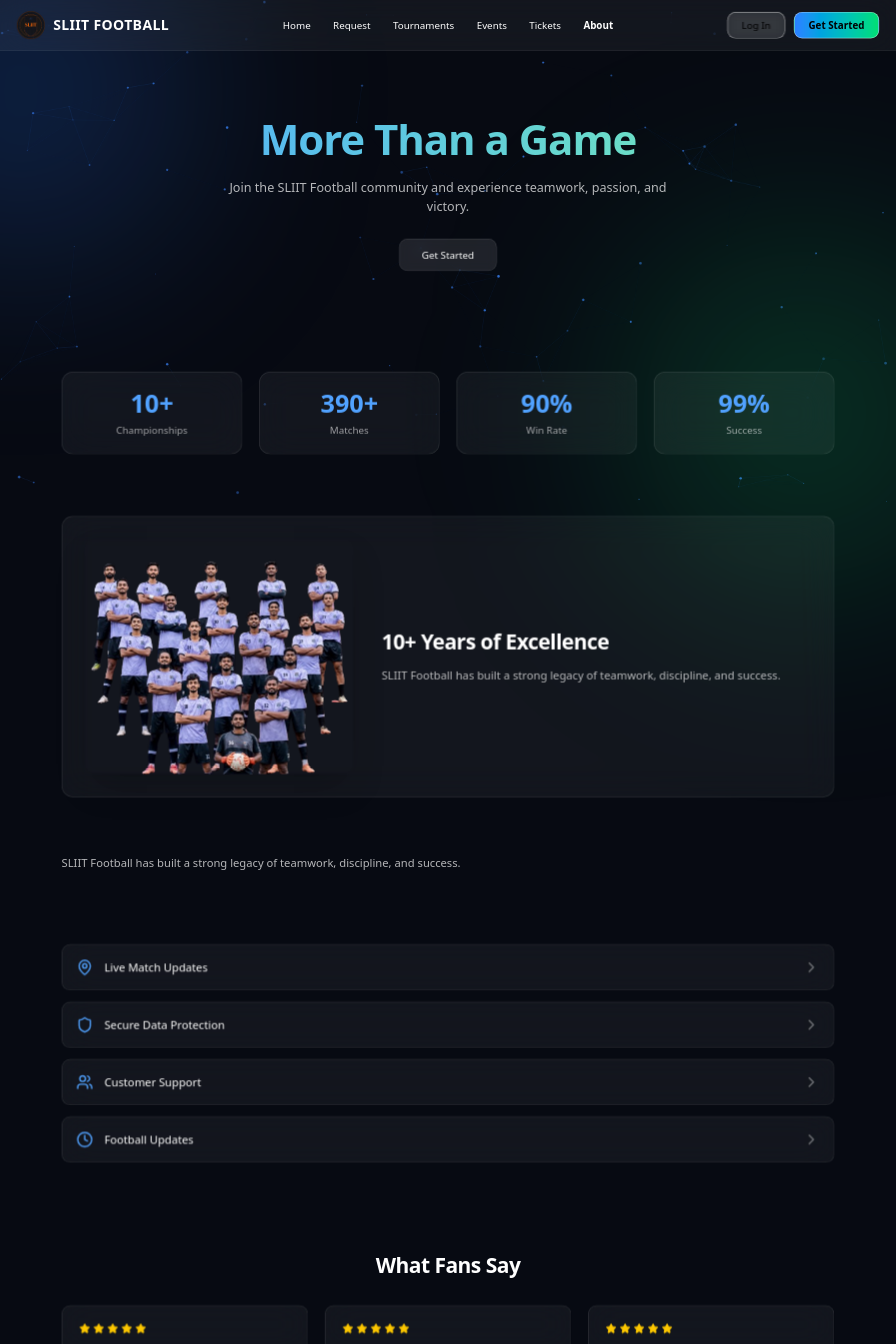
Repository: azeez6789/springboot-footbal-web
Page: /home (app in client/)
An editor plug-in stored every save of this project. The page is shown before and after the next save, followed by the edit.
The browser window is 1280 px wide. The pictures show the part of the page from y = 0 to 1920 px (the page is 2891 px tall), at 70% of full size.
The project was rebuilt for these pictures with package versions that can differ from the ones it lists, and the page was loaded fresh each time. Also part of the build but not shown: client/vite.config.js, client/src/common/services/userService.js, client/src/common/component/login.jsx, client/src/common/component/register.jsx, client/src/common/component/About.jsx, client/src/common/pages/event.jsx, client/src/common/pages/ticket.jsx, client/src/common/pages/playerForm.jsx and 19 more.

Above is the page before, as saved 2026-09-30 13:28:50.

### client/index.html
<!doctype html>
<html lang="en">
  <head>
    <meta charset="UTF-8" />
    <link rel="icon" type="image/svg+xml" href="/favicon.svg" />
    <meta name="viewport" content="width=device-width, initial-scale=1.0" />
    <title>SLIIT FOOTBALL  </title>
  </head>
  <body>
    <div id="root"></div>
    <script type="module" src="/src/main.jsx"></script>
  </body>
</html>

### client/src/main.jsx
import { StrictMode } from 'react'
import { createRoot } from 'react-dom/client'
import './index.css'
import App from './App.jsx'

createRoot(document.getElementById('root')).render(
  <StrictMode>
    <App />
  </StrictMode>
)

### client/src/App.jsx
import { BrowserRouter as Router, Routes, Route } from "react-router-dom";
import allRoutes from "./routes";
import { ToastContainer } from "react-toastify";
import "react-toastify/dist/ReactToastify.css";
import CRoutes from "./routes/commonroutes.jsx";


function App() {
  return (

    <Router>
      <Routes>
        {allRoutes.map((route, index) => (
          <Route key={index} path={route.path} element={route.element} />
        ))}
      </Routes>

      <ToastContainer
        position="top-right"
        autoClose={3000}
        hideProgressBar={false}
        newestOnTop={false}
        closeOnClick
        rtl={false}
        pauseOnFocusLoss
        draggable
        pauseOnHover
        theme="dark"
      />

    </Router>
  );
}

export default App;

### client/src/routes/index.jsx
import CRoutes from './commonroutes'
import fun01Routes from './function_01'

const allRoutes = [
    ...CRoutes,
    ...fun01Routes
]


export default allRoutes;

### client/src/routes/commonroutes.jsx
import Homepage from "../common/pages/home";
import Login  from "../common/component/login";
import Register from "../common/component/register";
import About from "../common/component/About";
import EventPage from "../common/pages/event";
import TicketPage from "../common/pages/ticket";
import PlayerForm from "../common/pages/playerForm";

const commonroutes = [
    {path: "/home", element: <Homepage /> },
    {path: "/component/login" ,  element: <Login/>  },
    {path: "/component/register" ,  element: <Register/>  },
    {path: "/component/about" ,  element: <About/>  },
    {path: "/pages/event" ,  element: <EventPage/>  },
    {path: "/pages/ticket" ,  element: <TicketPage/>  },
    {path: "/pages/playerform" , element: <PlayerForm/>  },

];


export default commonroutes;

### client/src/routes/function_01.jsx
import Regrequest from "../function-01/pages/AdminDashboard/registerrequest";
import AdminDah from "../function-01/pages/AdminDashboard/AdminDashboard";
import PlayerRequest from "../function-01/pages/AdminDashboard/PlayerRequests";
import Tform from "../function-01/component/AdminDashboard/tournamentform";
import TournamentPage from "../function-01/pages/AdminDashboard/tournament";
import Udash from "../function-01/pages/userDashboard/udash"
import Applyform from "../function-01/component/userDashboard/tApplyform";
import UserDash from "../function-01/pages/userDashboard/UserDashboard";
import Medical from "../function-01/pages/userDashboard/medical";
import Tab3 from "../function-01/pages/userDashboard/tab3";
import Tab4  from "../function-01/pages/userDashboard/tab4";
import Tab5 from "../function-01/pages/userDashboard/tab5";
import Faid from "../function-01/pages/AdminDashboard/firstaid";


const function_01 = [

    {path: "/pages/Regrequest" ,  element: <Regrequest/>  },
    {path: "/" ,  element: <AdminDah/>  },
    {path : "/pages/playerRequest" , element : <PlayerRequest/>},
    {path : "/component/tounform" , element : <Tform/>},
    {path: "/pages/tournament" ,  element: <TournamentPage/>  },
    {path: "/pages/udash" ,  element: <Udash/>  },
    {path : "/pages/applyform"  , element : <Applyform/>},
    {path : "/pages/userDash"  , element : <UserDash/>},
    {path : "/pages/medical"  , element : <Medical/>},
    {path : "/pages/tab3"  , element : <Tab3/>},
    {path : "/pages/tab4"  , element : <Tab4/>},
    {path : "/pages/tab5"  , element : <Tab5/>},
    {path : "/pages/firstaid" , element : <Faid/>},



];


export default function_01;

### client/src/common/pages/home.jsx
import { useState, useEffect, useRef } from 'react';
import { Car, MapPin, Clock, Shield, Users, ChevronRight, ChevronDown, Star, Menu, X } from 'lucide-react';
import Logo from '../assets/opt3.png';
import { useNavigate } from 'react-router-dom';

// Interactive Particle Constellation Canvas Component
const StarryBackground = () => {
  const canvasRef = useRef(null);

  useEffect(() => {
    const canvas = canvasRef.current;
    if (!canvas) return;
    const ctx = canvas.getContext("2d");

    let animationFrameId;
    let width = (canvas.width = window.innerWidth);
    let height = (canvas.height = window.innerHeight);

    const handleResize = () => {
      width = canvas.width = window.innerWidth;
      height = canvas.height = window.innerHeight;
    };

    window.addEventListener("resize", handleResize);

    // Dynamic particle density based on screen dimensions
    const particleCount = Math.floor((width * height) / 10000);
    const particles = [];

    for (let i = 0; i < particleCount; i++) {
      particles.push({
        x: Math.random() * width,
        y: Math.random() * height,
        vx: (Math.random() - 0.5) * 0.6,
        vy: (Math.random() - 0.5) * 0.6,
        radius: Math.random() * 1.5 + 0.5,
        alpha: Math.random() * 0.5 + 0.3,
      });
    }

    // Canvas animation loop
    const render = () => {
      ctx.clearRect(0, 0, width, height);

      for (let i = 0; i < particles.length; i++) {
        const p = particles[i];

        // Particle position update
        p.x += p.vx;
        p.y += p.vy;

        // Screen collision/bounce
        if (p.x < 0 || p.x > width) p.vx *= -1;
        if (p.y < 0 || p.y > height) p.vy *= -1;

        // Draw individual star point
        ctx.beginPath();
        ctx.arc(p.x, p.y, p.radius, 0, Math.PI * 2);
        ctx.fillStyle = `rgba(59, 130, 246, ${p.alpha})`; // Cyan/Blue dynamic tint
        ctx.fill();

        // Connect nearby points with glowing lines
        for (let j = i + 1; j < particles.length; j++) {
          const p2 = particles[j];
          const dx = p.x - p2.x;
          const dy = p.y - p2.y;
          const dist = Math.sqrt(dx * dx + dy * dy);
          const maxDist = 110;

          if (dist < maxDist) {
            ctx.beginPath();
            ctx.moveTo(p.x, p.y);
            ctx.lineTo(p2.x, p2.y);
            const lineAlpha = (1 - dist / maxDist) * 0.25;
            ctx.strokeStyle = `rgba(59, 130, 246, ${lineAlpha})`;
            ctx.lineWidth = 0.6;
            ctx.stroke();
          }
        }
      }

      animationFrameId = requestAnimationFrame(render);
    };

    render();

    return () => {
      window.removeEventListener("resize", handleResize);
      cancelAnimationFrame(animationFrameId);
    };
  }, []);

  return (
    <canvas
      ref={canvasRef}
      className="fixed inset-0 pointer-events-none z-0"
    />
  );
};

export default function ParkingLandingPage() {
  const [openFaq, setOpenFaq] = useState(null);
  const [mobileMenuOpen, setMobileMenuOpen] = useState(false);
  const navigate = useNavigate();

  const toggleFaq = (index) => {
    setOpenFaq(openFaq === index ? null : index);
  };

  const faqs = [
    {
      question: "What is SLIIT Football?",
      answer: "SLIIT Football is the official football team and community of the Sri Lanka Institute of Information Technology (SLIIT), dedicated to promoting football excellence, teamwork, and sportsmanship among students."
    },
    {
      question: "How can I join the SLIIT Football Team?",
      answer: "Students can participate in team selections and trials announced by the club. Details regarding registration and trial dates will be published on the website."
    },
    {
      question: "Where can I find upcoming match schedules?",
      answer: "All upcoming fixtures, match dates, venues, and kickoff times are available in the Fixtures section of the website."
    },
    {
      question: "Can I see player profiles and statistics?",
      answer: "Yes. The Players section provides information about team members, including positions, achievements, and season statistics."
    },
    {
      question: "How can I view match results?",
      answer: "Match results and score updates are regularly posted in the Results section after each game."
    },
    {
      question: "Are training sessions conducted regularly?",
      answer: "Yes. Training sessions are conducted throughout the academic year according to the schedule announced by the coaching staff."
    },
    {
      question: "How can I provide feedback about the website or football activities?",
      answer: "You can submit your suggestions, comments, or concerns through the Feedback page available on the website."
    }
  ];

  return (
    <div className="min-h-screen bg-[#070A12] text-white overflow-hidden relative font-sans">

      {/* ===== CONNECTED STARS CANVAS BACKGROUND ===== */}
      <StarryBackground />

      {/* ===== BACKGROUND GLOW ===== */}
      <div className="fixed w-[500px] h-[500px] bg-blue-500/20 blur-[140px] rounded-full top-[-120px] left-[-220px] pointer-events-none z-0" />
      <div className="fixed w-[500px] h-[500px] bg-green-400/20 blur-[160px] rounded-full bottom-[-120px] right-[-120px] pointer-events-none z-0" />

      {/* ===== HEADER (GLASS) ===== */}
      <header className="sticky top-0 z-50 bg-white/5 backdrop-blur-xl border-b border-white/10">
        <div className="max-w-7xl mx-auto px-6">
          <div className="flex justify-between items-center py-4">

            <div className="flex items-center gap-3">
              <img src={Logo} className="w-10 h-10 object-contain" alt="SLIIT Football Logo" />
              <span className="font-bold text-xl tracking-wide">SLIIT FOOTBALL</span>
            </div>

            <nav className="hidden md:flex gap-8 text-white/400 text-sm font-medium">
              <a onClick={() => navigate('/')} className="hover:text-white cursor-pointer transition-colors">Home</a>
              <a onClick={() => navigate('/pages/udash')} className="hover:text-white cursor-pointer transition-colors">Request</a>
              <a onClick={() => navigate('/pages/tournament')} className="hover:text-white cursor-pointer transition-colors">Tournaments</a>
              <a onClick={() => navigate('/pages/event')} className="hover:text-white cursor-pointer transition-colors">Events</a>
              <a onClick={() => navigate('/pages/ticket')} className="hover:text-white cursor-pointer transition-colors">Tickets</a>
              <a onClick={() => navigate('/component/about')} className="hover :text-white-400 font-semibold cursor-pointer">About</a>
            </nav>

            <div className="flex gap-3 text-sm font-medium">
              <button
                onClick={() => navigate('/component/login')}
                className="px-5 py-2 rounded-xl bg-white/10 border border-white/50 backdrop-blur hover:bg-white/20 text-black transition-all"
              >
                Log In
              </button>

              <button
                onClick={() => navigate('/component/register')}
                className="px-5 py-2 rounded-xl bg-gradient-to-r  border border-white/50 from-blue-500 to-green-400 text-black font-semibold hover:opacity-90 transition-all"
              >
                Get Started
              </button>
            </div>

          </div>
        </div>
      </header>

      {/* ===== HERO ===== */}
      <section className="text-center py-24 px-6 relative z-10">
        <h1 className="text-5xl md:text-6xl font-bold bg-gradient-to-r from-blue-400 to-green-300 text-transparent bg-clip-text tracking-tight">
          More Than a Game
        </h1>
        <p className="text-white/70 mt-6 max-w-2xl mx-auto text-base md:text-lg">
          Join the SLIIT Football community and experience teamwork, passion, and victory.
        </p>

        <button
          onClick={() => navigate('/component/register')}
          className="mt-8 px-8 py-3 bg-white/10 border border-white/10 rounded-xl backdrop-blur hover:bg-white/20 transition-all font-medium text-sm"
        >
          Get Started
        </button>
      </section>

      {/* ===== GLASS STATS ===== */}
      <section className="max-w-6xl mx-auto px-6 py-12 grid grid-cols-2 md:grid-cols-4 gap-6 relative z-10">
        {[
          ["10+", "Championships"],
          ["390+", "Matches"],
          ["90%", "Win Rate"],
          ["99%", "Success"],
        ].map(([num, label], i) => (
          <div key={i} className="bg-white/5 backdrop-blur-xl border border-white/10 rounded-2xl p-6 text-center hover:bg-white/[0.08] transition-colors">
            <h3 className="text-3xl md:text-4xl text-blue-400 font-bold">{num}</h3>
            <p className="text-white/60 mt-2 text-sm">{label}</p>
          </div>
        ))}
      </section>

      {/* ===== HERO IMAGE SECTION ===== */}
      <section className="max-w-6xl mx-auto px-6 py-10 relative z-10">
        <div className="bg-white/5 border border-white/10 backdrop-blur-xl rounded-2xl p-8 flex flex-col md:flex-row items-center gap-10">
          <img src="/chat1.png" alt="SLIIT Football Legacy" className="w-full md:w-96 rounded-xl object-cover shadow-2xl" />

          <div>
            <h2 className="text-3xl font-bold mb-4 tracking-tight">10+ Years of Excellence</h2>
            <p className="text-white/70 leading-relaxed">
              SLIIT Football has built a strong legacy of teamwork, discipline, and success.
            </p>
          </div>
        </div>
      </section>

      <section className="max-w-6xl mx-auto px-6 py-10 relative z-10">
         <p className="text-white/70 leading-relaxed">
              SLIIT Football has built a strong legacy of teamwork, discipline, and success.
            </p>
      </section>

      {/* ===== SERVICES (GLASS STYLE) ===== */}
      <section className="max-w-6xl mx-auto px-6 py-16 space-y-4 relative z-10">
        {[
          ["Live Match Updates", MapPin],
          ["Secure Data Protection", Shield],
          ["Customer Support", Users],
          ["Football Updates", Clock],
        ].map(([title, Icon], i) => (
          <div key={i} className="flex justify-between items-center p-5 bg-white/5 border border-white/10 backdrop-blur-xl rounded-xl hover:bg-white/10 transition cursor-pointer group">
            <div className="flex items-center gap-4">
              <Icon className="text-blue-400 group-hover:scale-110 transition-transform" />
              <span className="font-medium text-sm md:text-base">{title}</span>
            </div>
            <ChevronRight className="text-white/40 group-hover:text-white group-hover:translate-x-1 transition-all" />
          </div>
        ))}
      </section>

      {/* ===== TESTIMONIALS ===== */}
      <section className="max-w-6xl mx-auto px-6 py-16 relative z-10">
        <h2 className="text-3xl font-bold text-center mb-10 tracking-tight">What Fans Say</h2>

        <div className="grid grid-cols-1 md:grid-cols-3 gap-6">
          {[1, 2, 3].map((i) => (
            <div key={i} className="bg-white/5 border border-white/10 backdrop-blur-xl rounded-xl p-6 hover:bg-white/[0.08] transition-colors">
              <div className="flex items-center gap-1 text-yellow-400 mb-3">
                {[...Array(5)].map((_, starIndex) => (
                  <Star key={starIndex} className="w-4 h-4 fill-yellow-400" />
                ))}
              </div>
              <p className="text-white/70 text-sm leading-relaxed">
                “SLIIT Football is more than a team — it's a family.”
              </p>
            </div>
          ))}
        </div>
      </section>

      {/* ===== FAQ ===== */}
      <section className="max-w-4xl mx-auto px-6 py-16 relative z-10">
        <h2 className="text-3xl font-bold text-center mb-10 tracking-tight">FAQ</h2>

        <div className="space-y-3">
          {faqs.map((faq, index) => (
            <div key={index} className="bg-white/5 border border-white/10 rounded-xl overflow-hidden backdrop-blur-xl transition-all">
              <button
                onClick={() => toggleFaq(index)}
                className="w-full flex justify-between items-center p-5 text-left font-medium text-sm md:text-base"
              >
                <span>{faq.question}</span>
                <ChevronDown className={`w-5 h-5 text-white/50 transition-transform duration-300 ${openFaq === index ? "rotate-180 text-blue-400" : ""}`} />
              </button>

              {openFaq === index && (
                <div className="px-5 pb-5 pt-1 text-white/70 text-sm border-t border-white/5 leading-relaxed">
                  {faq.answer}
                </div>
              )}
            </div>
          ))}
        </div>
      </section>

      {/* ===== FOOTER ===== */}
      <footer className="text-center py-10 border-t border-white/10 bg-white/5 backdrop-blur-xl relative z-10">
        <p className="text-white/60 text-sm">© 2026 SLIIT Football. All rights reserved.</p>
      </footer>

    </div>
  );
}

Loaded but not shown: client/src/index.css (common file)

After the next save:
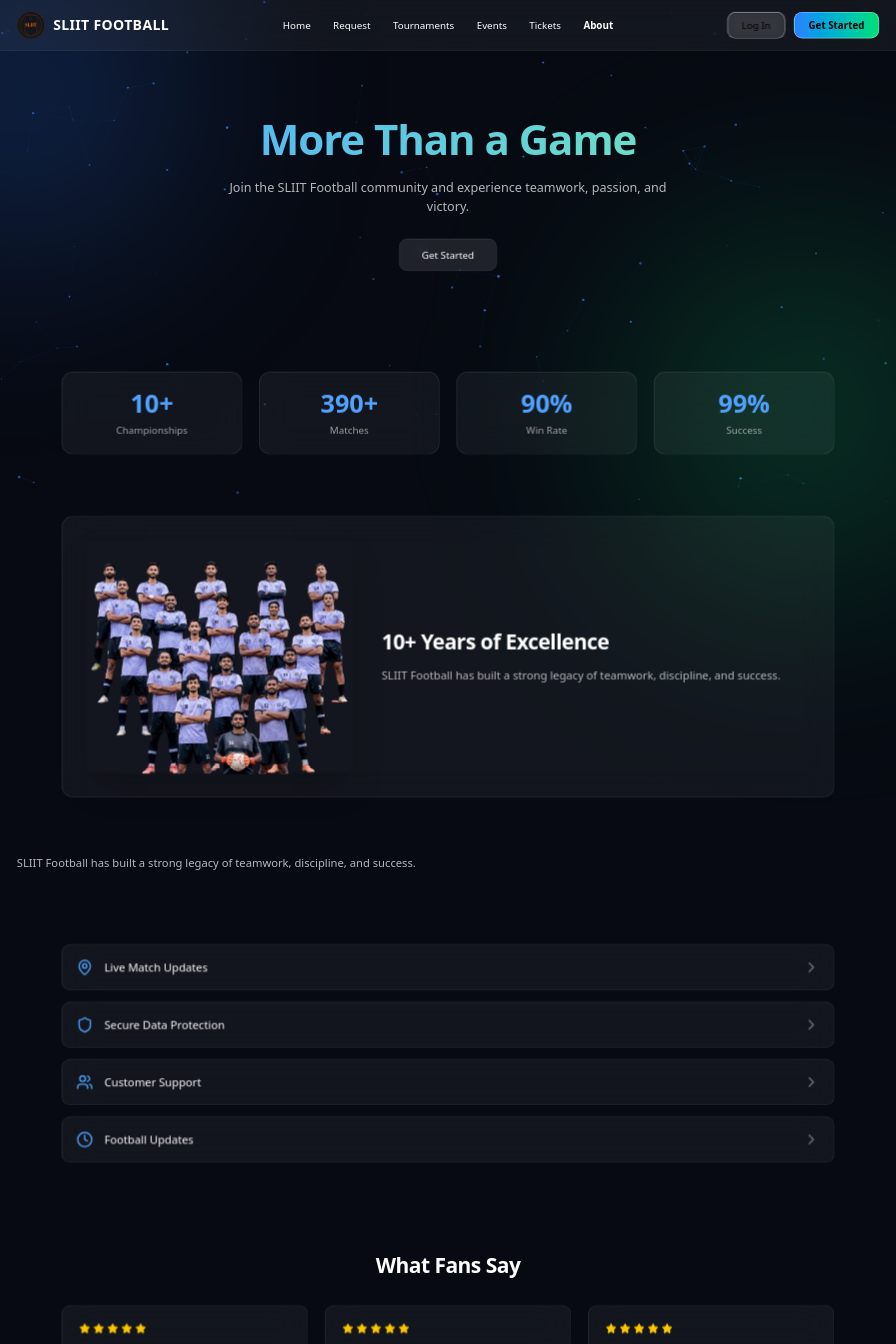
Saved 9 s later.
--- a/client/src/common/pages/home.jsx
+++ b/client/src/common/pages/home.jsx
@@ -233,7 +233,7 @@
         </div>
       </section>
 
-      <section className="max-w-6xl mx-auto px-6 py-10 relative z-10">
+      <section className=" mx-auto px-6 py-10 relative z-10">
          <p className="text-white/70 leading-relaxed">
               SLIIT Football has built a strong legacy of teamwork, discipline, and success.
             </p>

After the save that followed:
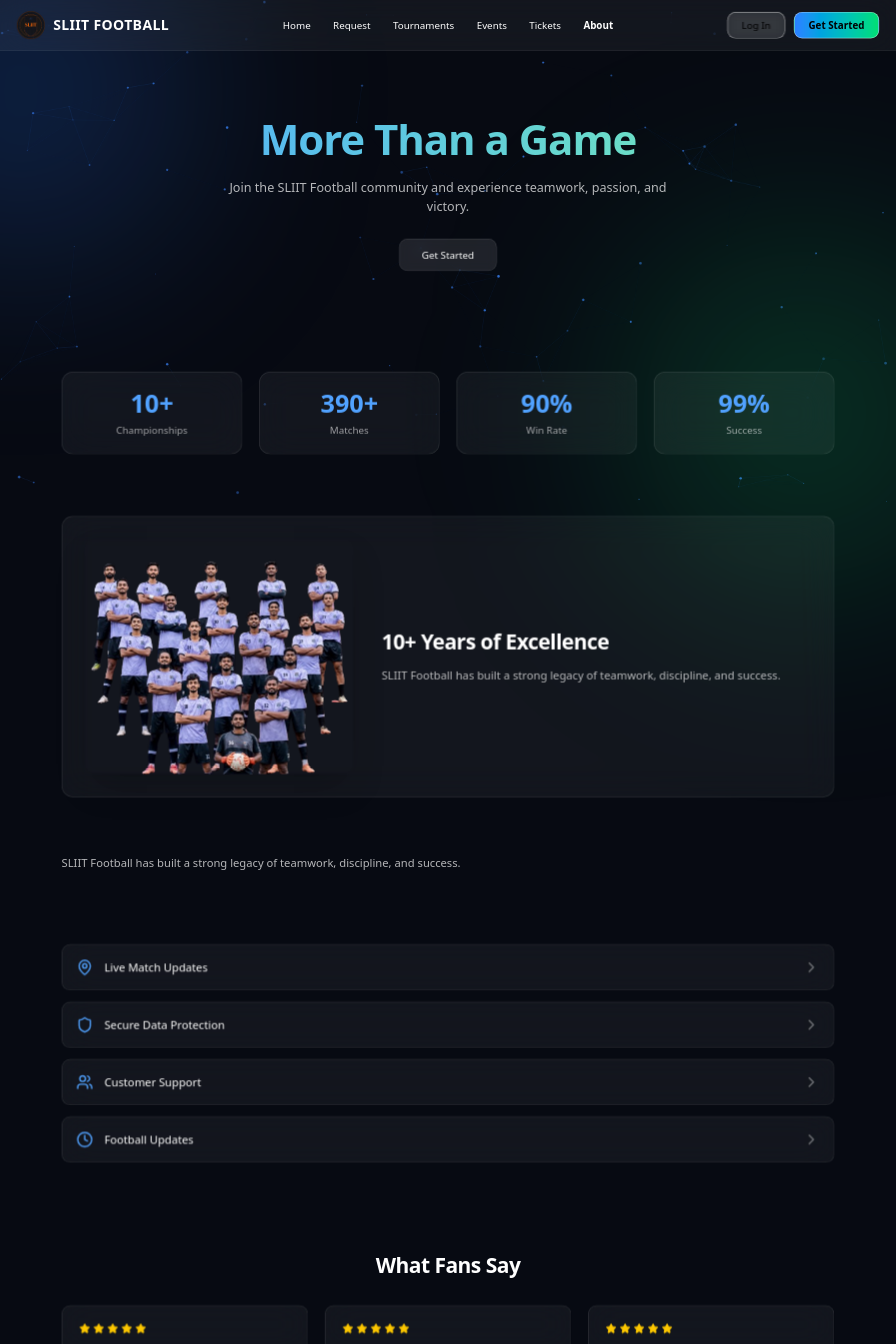
Saved 22 s later.
--- a/client/src/common/pages/home.jsx
+++ b/client/src/common/pages/home.jsx
@@ -233,7 +233,7 @@
         </div>
       </section>
 
-      <section className=" mx-auto px-6 py-10 relative z-10">
+      <section className="max-w-6xl mx-auto px-6 py-10 relative z-10">
          <p className="text-white/70 leading-relaxed">
               SLIIT Football has built a strong legacy of teamwork, discipline, and success.
             </p>
